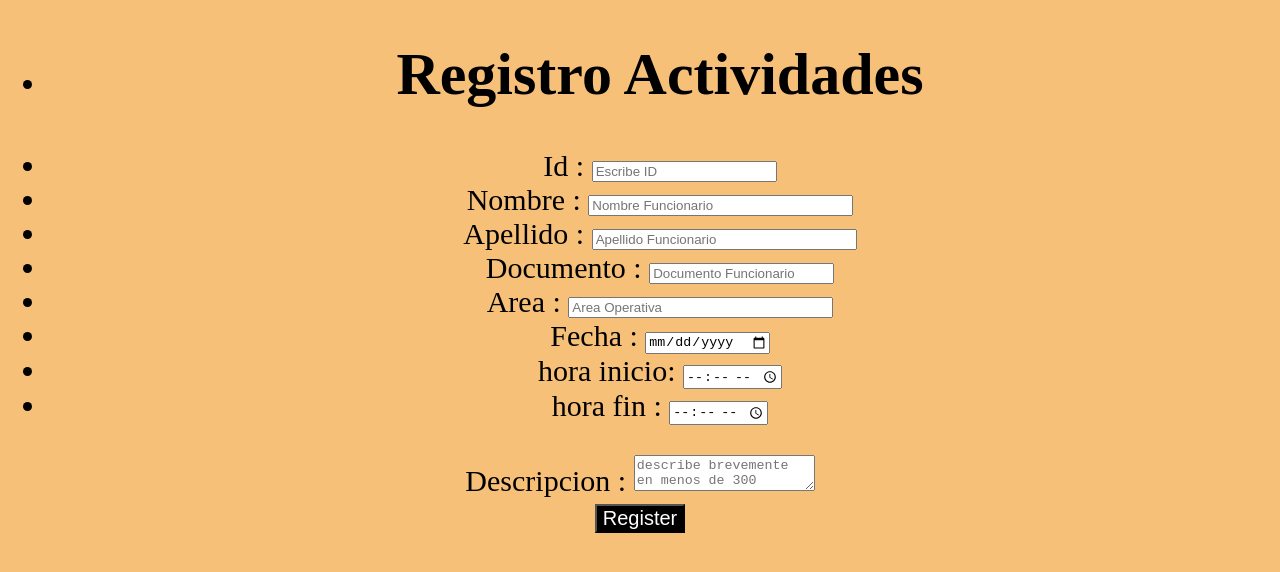
Repository: Yale2024/repo-registro-act
Page: templates/register.html
These files come from the project's save history. The page is drawn as it stood at one moment and after the next save; the edit follows.
The browser window is 1280 px wide. The pictures show the whole page.

Above is the page before, as saved 2024-09-15 07:52:22.

After the next save:
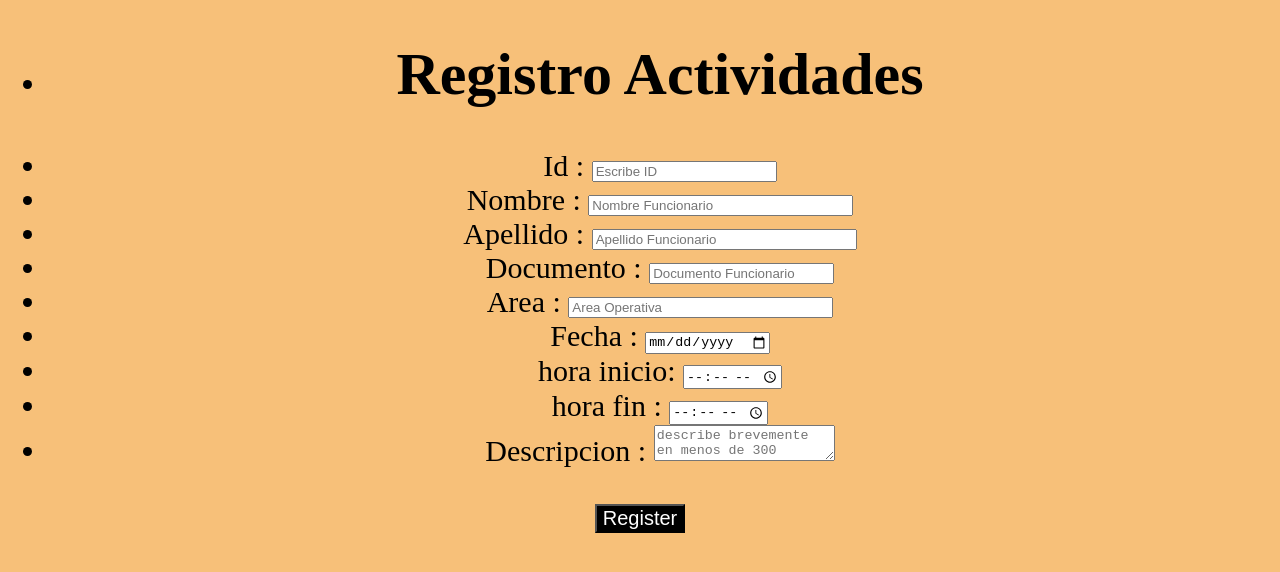
Saved 34 s later.
--- a/templates/register.html
+++ b/templates/register.html
@@ -49,11 +49,14 @@
                     <label for="horaf">hora fin  :</label>
                     <input type ="time" size="30" name="horaf" id="horaf" placeholder="hh:mm" required /> <br>
                 </li>
+                <li>
+                    <label for="mensaje">Descripcion   :</label>
+                    <textarea name="descripcion" size="300" for="descripcion" placeholder="describe brevemente en menos de 300 carácteres" maxlength="300"></textarea> <br>
+                </li>
             </ul>
         </div>
 
-        <label for="mensaje">Descripcion   :</label>
-        <textarea name="descripcion" size="300" for="descripcion" placeholder="describe brevemente en menos de 300 carácteres" maxlength="300"></textarea> <br>
+
         <button>Register</button>
         <!-- <button onclick="register_user()">Register</button> -->
         <!-- <input type="submit" name="enviar" value="enviar datos"/> -->
